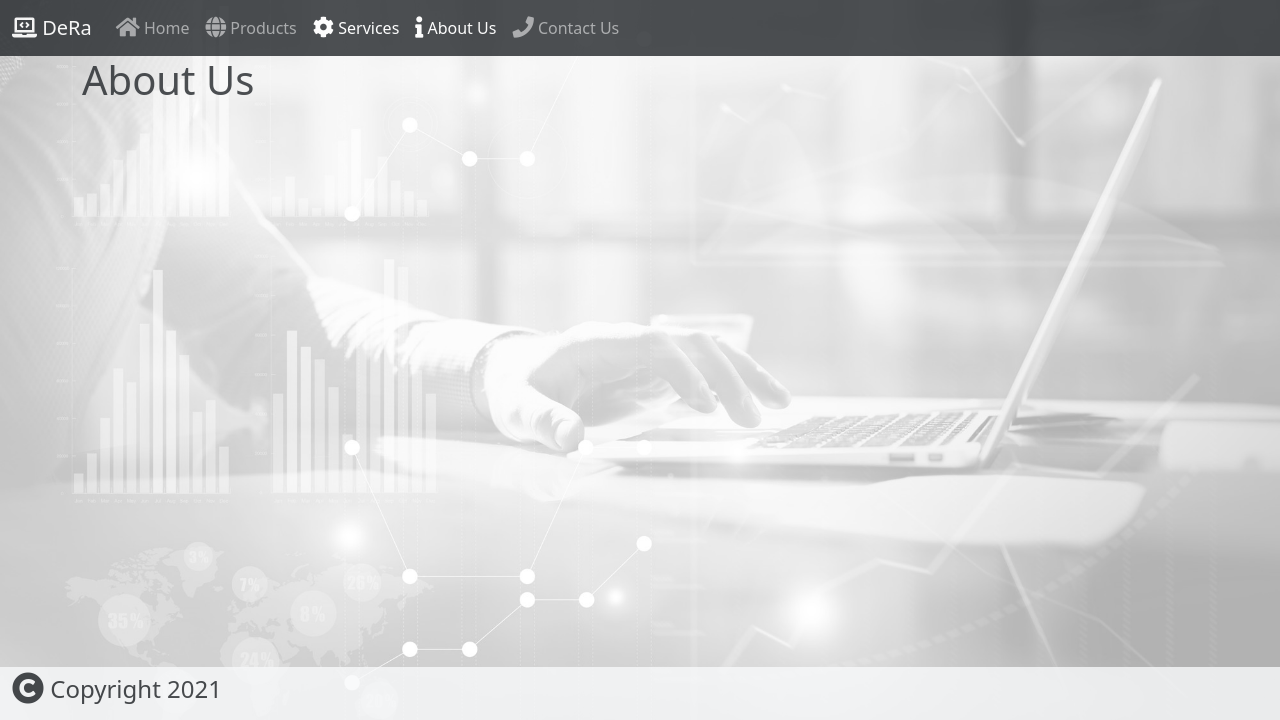
Repository: deividwsantoss/web6201-Lab1
Page: about.html
These files come from the project's save history. The page is drawn as it stood at one moment and after the next save; the edit follows.
The browser window is 1280 px wide. The pictures show the whole page.

Above is the page before, as saved 2021-02-02 23:16:37.
Console error: TypeError: Cannot set properties of null (setting 'textContent')

### about.html
<!DOCTYPE html>
<html lang="en">
<head>
    <meta charset="UTF-8">
    <meta name="viewport" content="width=device-width, initial-scale=1.0">
    <title>About</title>
</head>
<!-- CSS SECTION-->
<link rel="stylesheet" href="./node_modules/bootstrap/dist/css/bootstrap.min.css">
<link rel="stylesheet" href="./node_modules/@fortawesome/fontawesome-free/css/all.min.css">
<link rel="stylesheet" href="./Content/app.css">

<body class="aboutus">
    <!-- Main Header-->
    <header>
        <nav class="navbar navbar-expand-lg navbar-dark bg-dark">
            <div class="container-fluid">
              <a class="navbar-brand" href="Index.html"><i class="fas fa-laptop-code"></i> DeRa</a>
              <button class="navbar-toggler" type="button" data-bs-toggle="collapse" data-bs-target="#navbarSupportedContent" aria-controls="navbarSupportedContent" aria-expanded="false" aria-label="Toggle navigation">
                <span class="navbar-toggler-icon"></span>
              </button>
              <div class="collapse navbar-collapse" id="navbarSupportedContent">
                <ul class="navbar-nav ml-auto mb-2 mb-lg-0">
                  <li class="nav-item">
                    <a class="nav-link " aria-current="page" href="Index.html"><i class="fas fa-home fa-lg"></i> Home</a>
                  </li>
                  <li class="nav-item">
                    <a class="nav-link" aria-current="page" href="products.html"><i class="fas fa-globe fa-lg"></i> Products</a>
                  </li>
                  <li class="nav-item">
                    <a class="nav-link active" aria-current="page" href="services.html"><i class="fas fa-cog fa-lg"></i> Services</a>
                  </li>
                  <li class="nav-item">
                    <a class="nav-link active" aria-current="page" href="about.html"><i class="fas fa-info fa-lg"></i> About Us</a>
                  </li>
                  <li class="nav-item">
                    <a class="nav-link" aria-current="page" href="contact.html"><i class="fas fa-phone fa-lg"></i> Contact Us</a>
                  </li>

                </ul>

              </div>
            </div>
          </nav>

    </header>


    <!-- Main Content-->
        <main class="container">
            <h1>About Us</h1>
        </main>
        <!-- Main Footer-->
        <footer>
          <nav class="navbar fixed-bottom navbar-light bg-light">
              <div class="container-fluid">
                  <h4><i class="fas fa-copyright fa-lg"></i> Copyright 2021 </h4>
              </div>
            </nav>

      </footer>
    <!--- Script Section-->
    <script src="./node_modules/bootstrap/dist/js/bootstrap.bundle.min.js"></script>
    <script src="./node_modules/jquery/dist/jquery.min.js"></script>
    <script src="./Scripts/app.js"></script>
</body>

</html>

### Content/app.css
/* Custom CSS goes here */
body,html{
    height: 100%;
    margin: 0;
}
.bg{
    background-image: url("Background-White.jpg");
    background-repeat: no-repeat;
    background-size: cover;
    background-position: center;
    opacity: 0.8;
}

.contactimage{
    background-image:url("contactimg.jpg");
    background-repeat: no-repeat;
    background-size: cover;
    background-position: center;
    opacity: 0.8;
}
.productsbg {
    background-image:url("productsbg.jpg");
    background-repeat: no-repeat;
    background-size: cover;
    background-position: center;
    opacity: 0.8;
}

.servicesbackgroud{
    background-image:url("services.jpg");
    background-repeat: no-repeat;
    background-size: cover;
    background-position: center;
    opacity: 0.8;
}
.aboutus{
    background-image:url("bgimage.jpg");
    background-repeat: no-repeat;
    background-size: cover;
    background-position: center;
    opacity: 0.8;
}

h1,p{
    height: 200px;
    position: relative;

}

### Scripts/app.js
/* Custom JavaScript goes here */


"use strict";

(function(){

    function displayHome(){
        let paragraphOneText = "Welcome to DeRa Development Website for WebD6201 \t\ Welcome";
        let paragraphOneElement = document.getElementById("paragraphOne");

        paragraphOneElement.textContent = paragraphOneText;
    }
    function displayAbout(){

    }
    function displayProducts(){

    }
    function displayServices(){

    }
    function displayContact(){

        let messageArea = document.getElementById("messageArea");
        messageArea.hidden = true;

        //Form Validation...

        let fullName = document.getElementById("fullName");
        fullName.addEventListener("blur", function(){
            if(fullName.value.length < 2){
                fullName.focus;
                fullName.select();
                messageArea.hidden = false;
                messageArea.className = "alert alert-danger";
                messageArea.textContent = "Please, Enter an appropriate name."
            }
            else{
                messageArea.removeAttribute("Class");
                messageArea.hidden = true;
            }
        });

        let sendButton = document.getElementById("sendButton");
        sendButton.addEventListener("click", function(event){
            event.preventDefault();
        });
        //validating email

    }


    function Start(){
        console.log("App Start...");

        switch (document.title) {

            case 'Home':
                displayHome();
                break;
            case 'About':
                displayAbout();
                break;
            case 'Products':
                displayProducts();
                break;
            case 'Services':
                displayServices();
                break;
            case 'Contact':
                displayContact();
                break;

        }
        displayHome();

    }
    window.addEventListener("load",Start);

})();

Loaded but not shown: node_modules/bootstrap/dist/css/bootstrap.min.css (library); node_modules/@fortawesome/fontawesome-free/css/all.min.css (library); node_modules/bootstrap/dist/js/bootstrap.bundle.min.js (library); node_modules/jquery/dist/jquery.min.js (library)

After the next save:
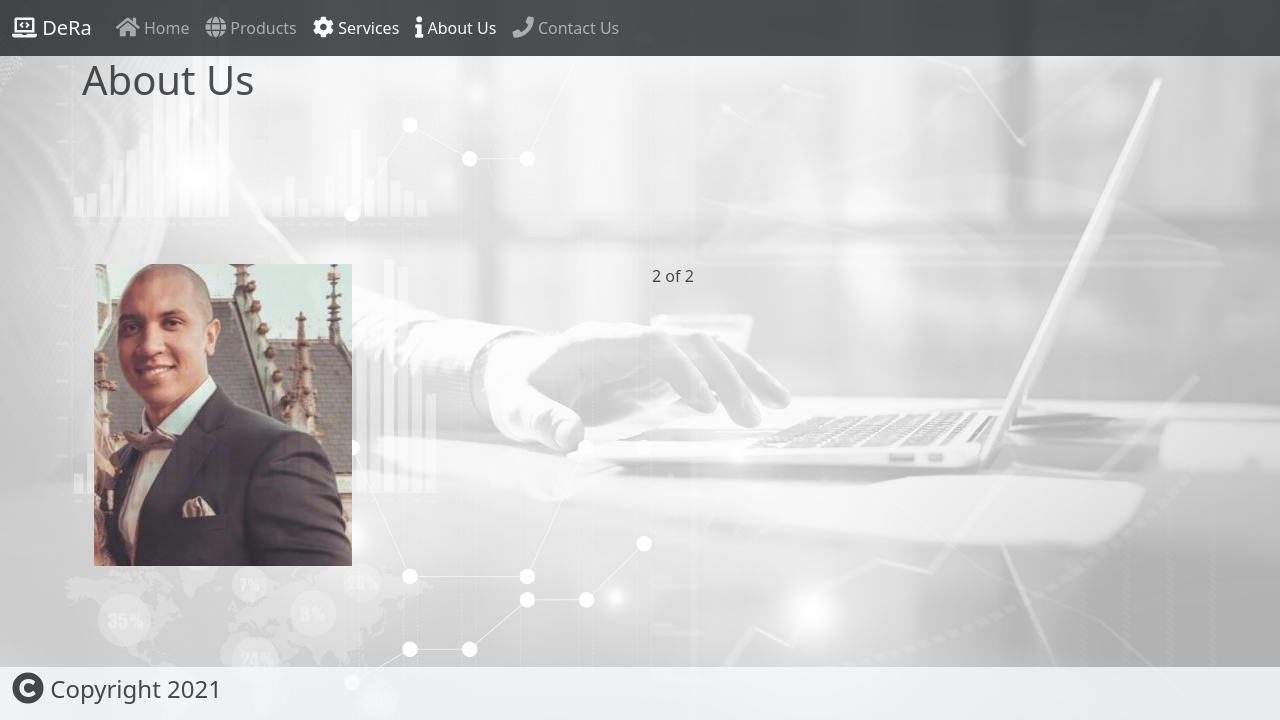
Saved 6 min 22 s later.
--- a/about.html
+++ b/about.html
@@ -49,6 +49,15 @@
     <!-- Main Content-->
         <main class="container">
             <h1>About Us</h1>
+            <div class="container">
+              <div class="row">
+                <div class="col">
+                  <img src="./Content/deivid.JPG" alt="deivid" srcset="">
+                </div>
+                <div class="col">
+                  2 of 2
+                </div>
+              </div>
         </main>
         <!-- Main Footer-->
         <footer>
